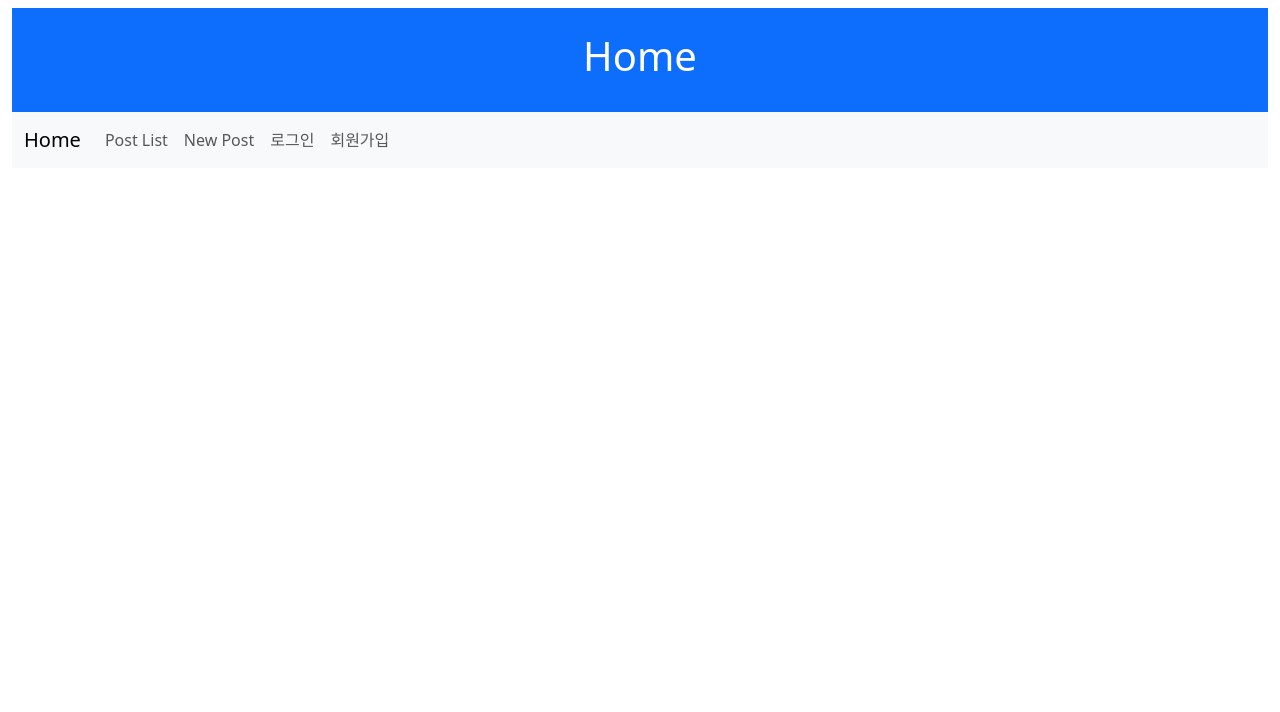
Repository: ldj0905/javaproject
Page: http://localhost/lab05_jsp/
An editor plug-in stored every save of this project. The page is shown before and after the next save, followed by the edit.
The browser window is 1280 px wide. The pictures show the whole page.
The page is served by Tomcat 10.

Above is the page before, as saved 2024-05-30 07:32:40.

After the next save:
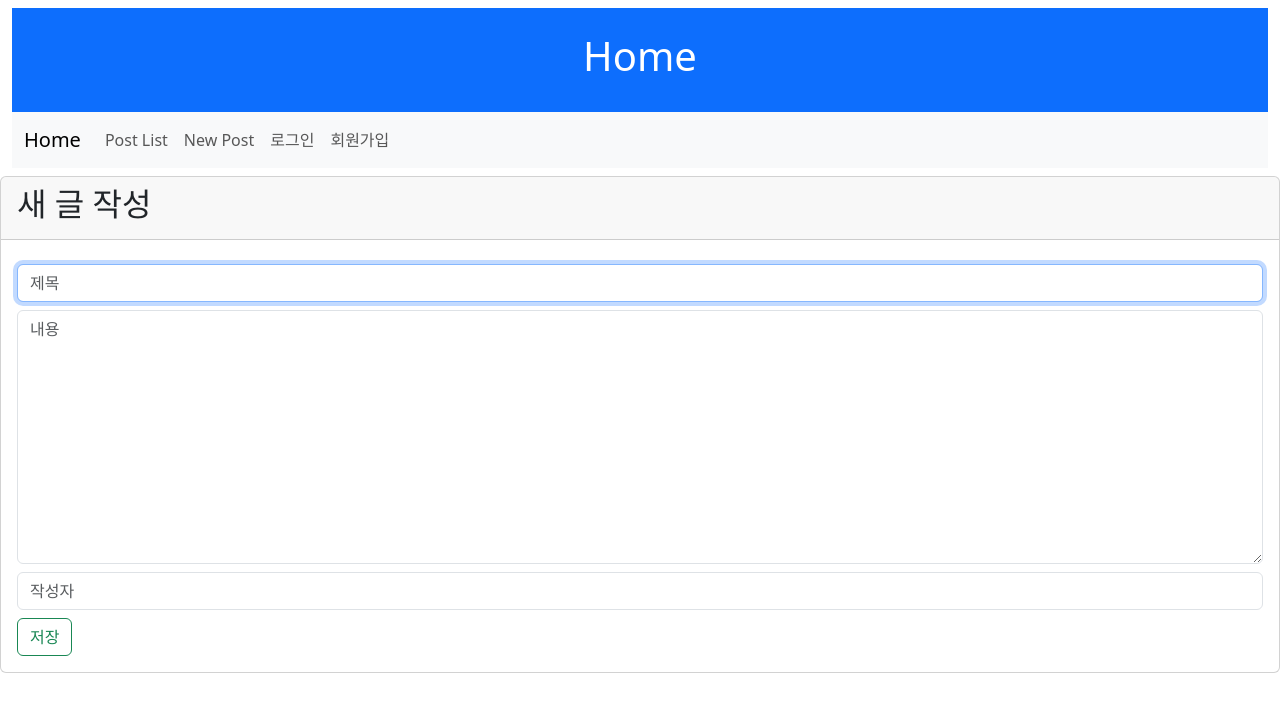
Saved 7 min 17 s later.
--- a/lab05_jsp/src/main/webapp/WEB-INF/views/home.jsp
+++ b/lab05_jsp/src/main/webapp/WEB-INF/views/home.jsp
@@ -1,26 +1,53 @@
 <%@ page language="java" contentType="text/html; charset=UTF-8"
-    pageEncoding="UTF-8" trimDirectiveWhitespaces="true" %>
-<%@ taglib prefix="c" uri="jakarta.tags.core" %>
+    pageEncoding="UTF-8" trimDirectiveWhitespaces="true"%>
+<%@ taglib prefix="c" uri="jakarta.tags.core"%>
 <!DOCTYPE html>
 <html>
 <head>
-    <meta charset="UTF-8" />
-    <meta name="viewport" content="width=device-width, initial-scale=1" />
-    <title>Lab 5</title>
-    <link href="https://cdn.jsdelivr.net/npm/bootstrap@5.3.3/dist/css/bootstrap.min.css"
-        rel="stylesheet"
-        integrity="sha384-QWTKZyjpPEjISv5WaRU9OFeRpok6YctnYmDr5pNlyT2bRjXh0JMhjY6hW+ALEwIH"
-        crossorigin="anonymous" />
+<meta charset="UTF-8" />
+<meta name="viewport" content="width=device-width, initial-scale=1" />
+<title>Lab 5</title>
+<link
+    href="https://cdn.jsdelivr.net/npm/bootstrap@5.3.3/dist/css/bootstrap.min.css"
+    rel="stylesheet"
+    integrity="sha384-QWTKZyjpPEjISv5WaRU9OFeRpok6YctnYmDr5pNlyT2bRjXh0JMhjY6hW+ALEwIH"
+    crossorigin="anonymous" />
 </head>
 <body>
     <div class="container-fluid">
         <c:set var="pageTitle" value="Home" scope="page" />
         <%-- pageContext.setAttribute("pageTitle", "Home"); --%>
-        <%@ include file="./fragments/header.jspf" %>
+        <%@ include file="./fragments/header.jspf"%>
+    </div>
+    <main>
+        <div class = "mt-2 card">
+            <div class = "card-header">
+                <h2>새 글 작성</h2>
+            </div>
+            <div class="card-body">
+                <c:url var = "newPostPage" value="/post/create" />
+                <form method="post" action ="${newPostPage}"> <!-- 왜 포스트 방식으로보냄 -->
+                    <div class="mt-2">
+                        <input class="form-control"
+                        type ="text" name="title" placeholder="제목"
+                            required autofocus /> <!--autofocus가 뭐하는거임 -->
+                    </div>
+                    <div class = "mt-2">
+                        <textarea class="form-control"  rows="10" columns="20"  name="content"placeholder="내용" required></textarea> <!-- 얘가 글상자 -->
+                    </div>
+                    <div class = "mt-2">
+                        <input class="form-control"  type="text" name="author" placeholder="작성자" required/>
+                    </div>
+                    <div class = "mt-2">
+                        <input class="btn btn-outline-success"  type = "submit" value="저장"/>
+                    </div>
+                    </form>
+            </div>
+        </div>
+    </main>
 
-    </div>
-
-    <script src="https://cdn.jsdelivr.net/npm/bootstrap@5.3.3/dist/js/bootstrap.bundle.min.js"
+    <script
+        src="https://cdn.jsdelivr.net/npm/bootstrap@5.3.3/dist/js/bootstrap.bundle.min.js"
         integrity="sha384-YvpcrYf0tY3lHB60NNkmXc5s9fDVZLESaAA55NDzOxhy9GkcIdslK1eN7N6jIeHz"
         crossorigin="anonymous"></script>
 </body>
